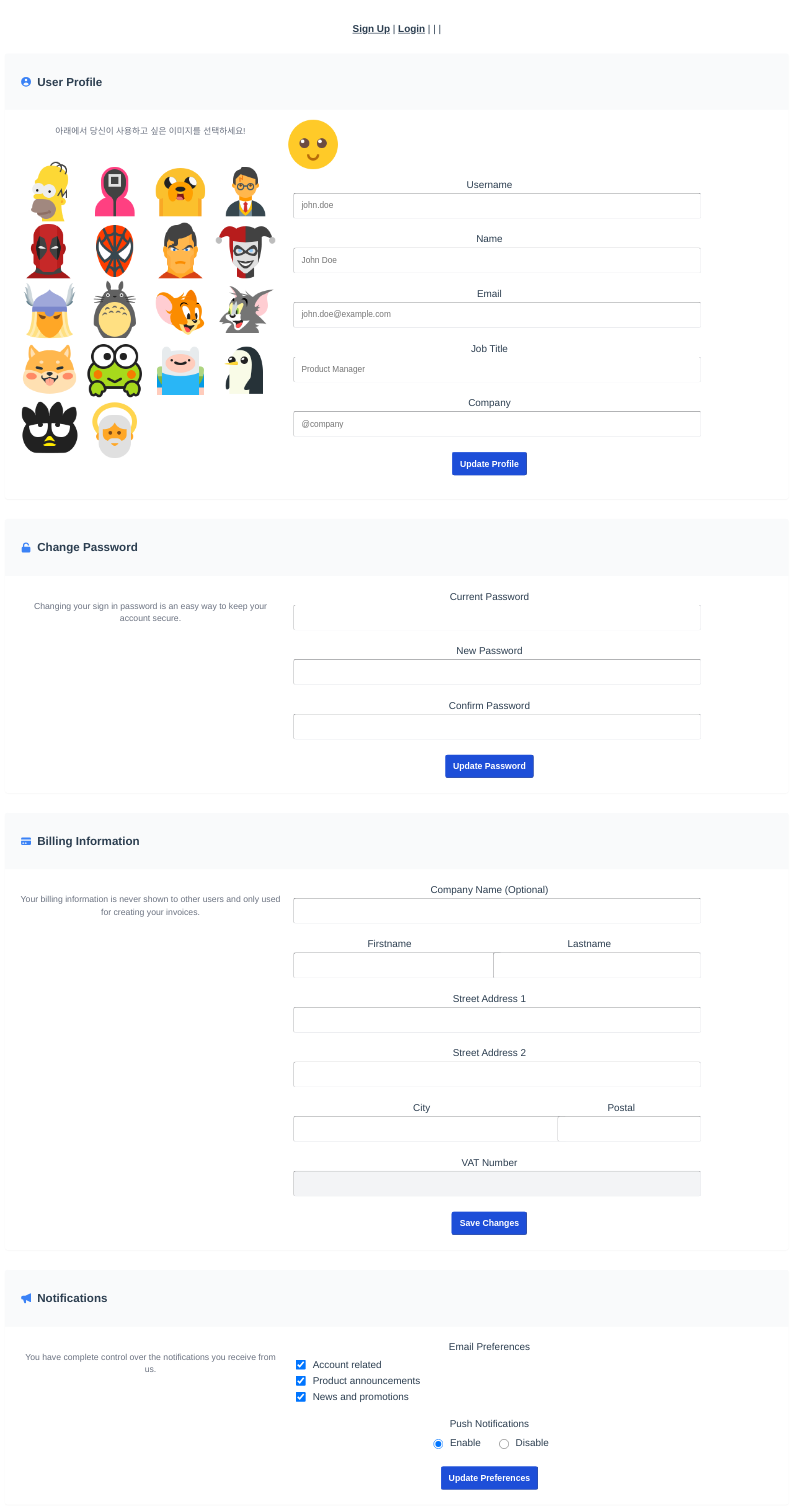
Repository: ryuwc/E_U
Page: /edit (app in final-pjt-front/)
These files come from the project's save history. The page is drawn as it stood at one moment and after the next save; the edit follows.
The browser window is 1280 px wide. The pictures show the whole page, at 62% of full size.
The project was rebuilt for these pictures with package versions that can differ from the ones it lists, and the page was loaded fresh each time. Also part of the build but not shown: final-pjt-front/vue.config.js.

Above is the page before, as saved 2022-11-17 16:52:01.

After the next save:
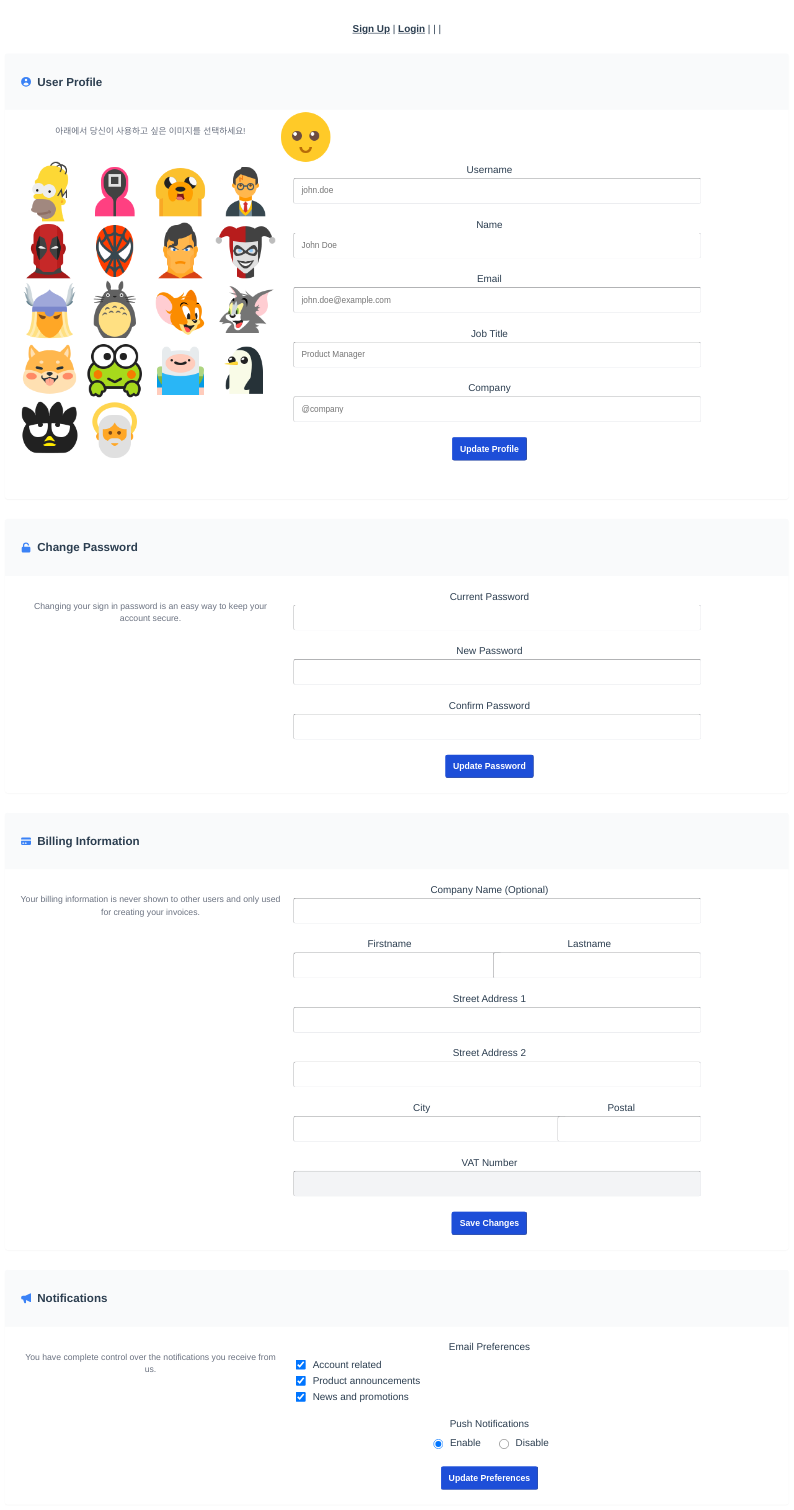
Saved 18 s later.
--- a/final-pjt-front/src/views/accounts/EditUserView.vue
+++ b/final-pjt-front/src/views/accounts/EditUserView.vue
@@ -41,7 +41,7 @@
         <form class="space-y-6 md:w-1/2">
           <div class="space-y-1">
             <div class="space-y-4 sm:flex sm:items-center sm:space-x-4 sm:space-y-0">
-              <div class="inline-flex items-center justify-center w-16 h-16 text-gray-300 bg-gray-100 rounded-full">
+              <div class="inline-flex items-center justify-center w-10 h-10 text-gray-300 bg-gray-100 rounded-full">
                 <img src="data:[embedded picture, 3218 characters]">
                 <!-- <svg class="inline-block w-8 h-8 hi-solid hi-user" fill="currentColor" viewBox="0 0 20 20" xmlns="http://www.w3.org/2000/svg"><path fill-rule="evenodd" d="M10 9a3 3 0 100-6 3 3 0 000 6zm-7 9a7 7 0 1114 0H3z" clip-rule="evenodd"/></svg> -->
               </div>
